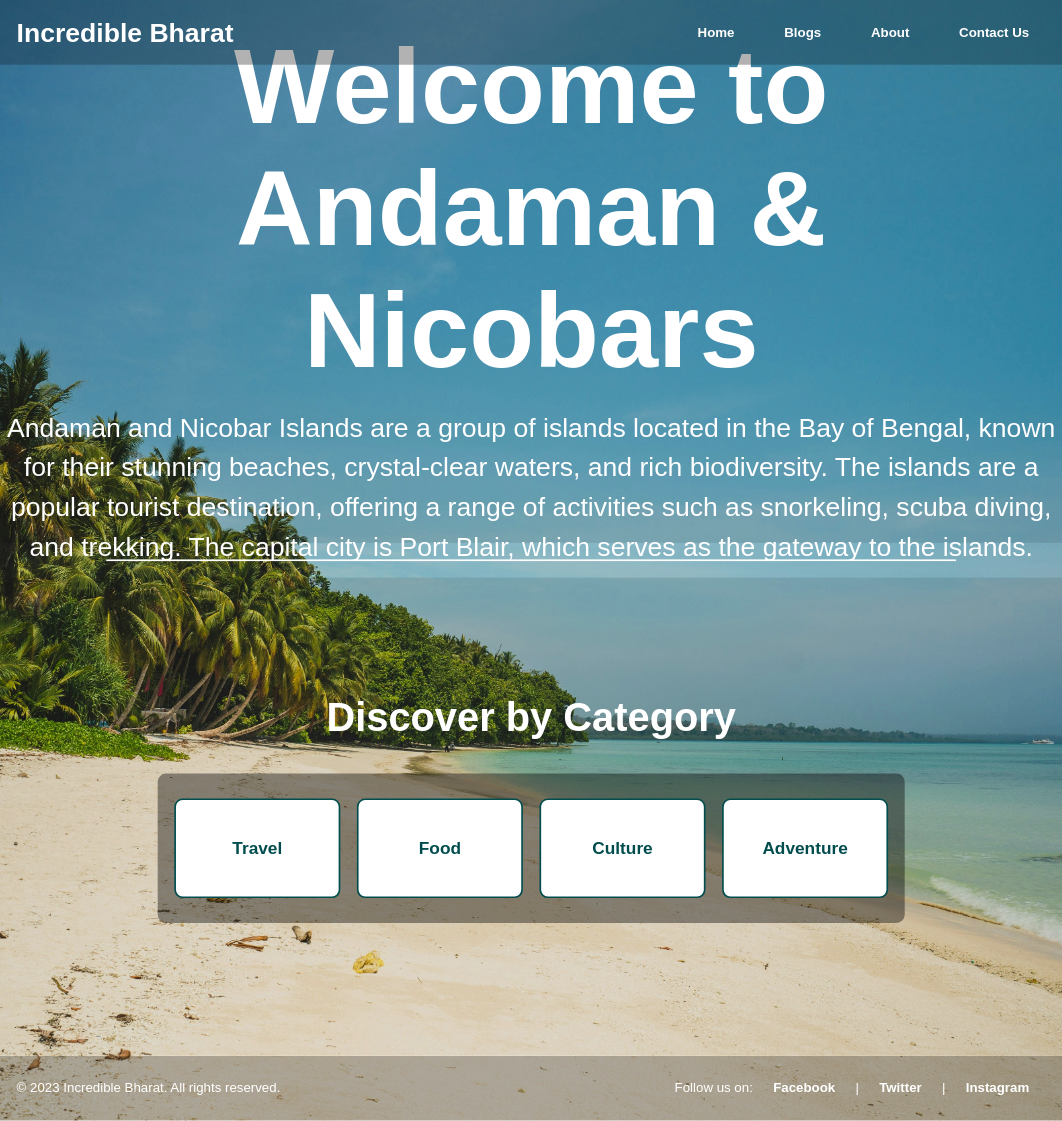
Repository: jaidhiman111/incrediblebharat
Page: destinations/Andaman&Nicobar.html
An editor plug-in stored every save of this project. The page is shown before and after the next save, followed by the edit.
The browser window is 1280 px wide. The pictures show the whole page, at 83% of full size.

Above is the page before, as saved 2025-04-30 23:32:33.

After the next save:
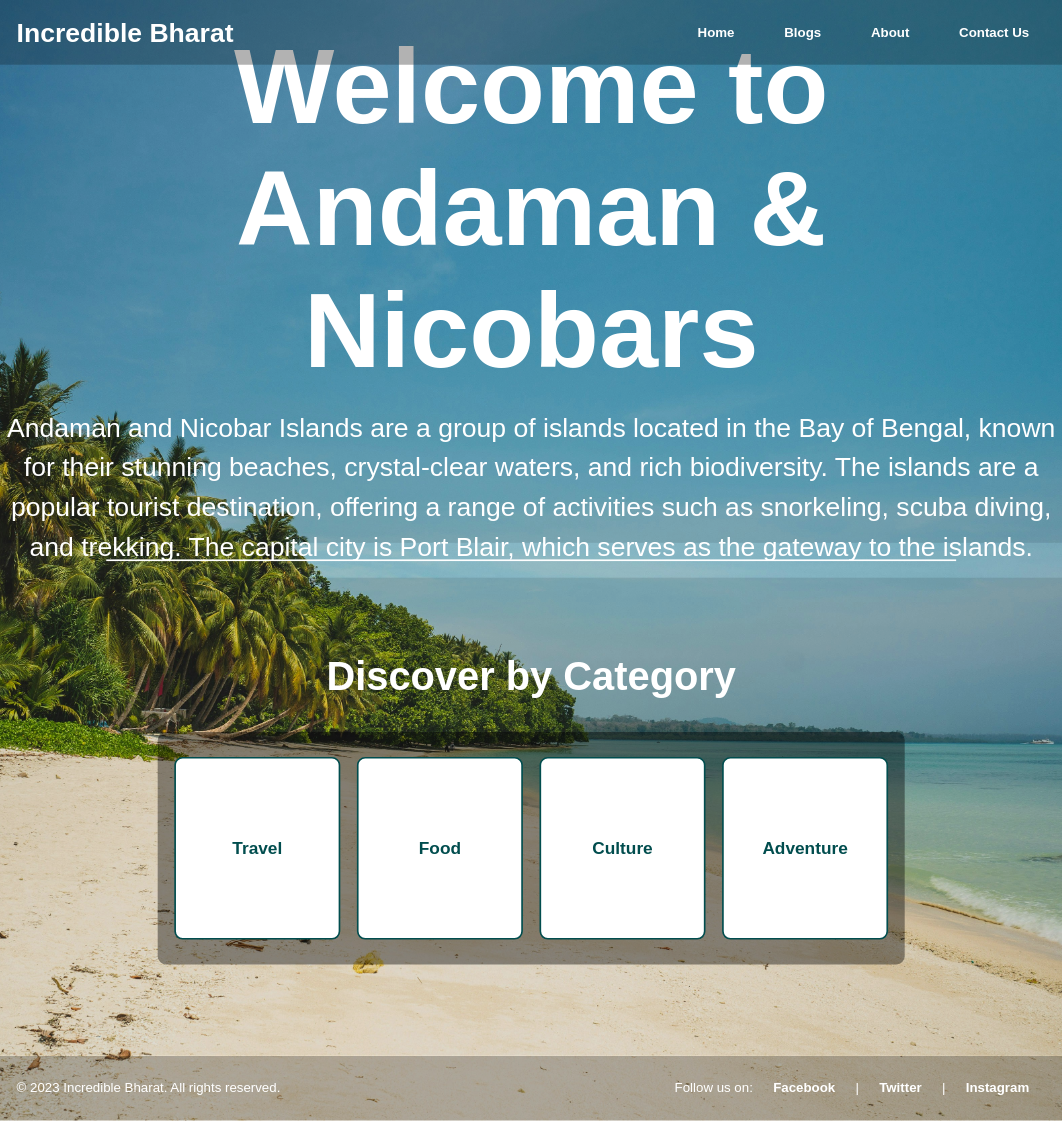
Saved 80 s later.
--- a/assets/style.css
+++ b/assets/style.css
@@ -163,7 +163,7 @@ hr {
     border: 2px solid #014d4e;
     border-radius: 10px;
     width: 200px;
-    height: 120px;
+    height: 220px;
     display: flex;
     align-items: center;
     justify-content: center;
